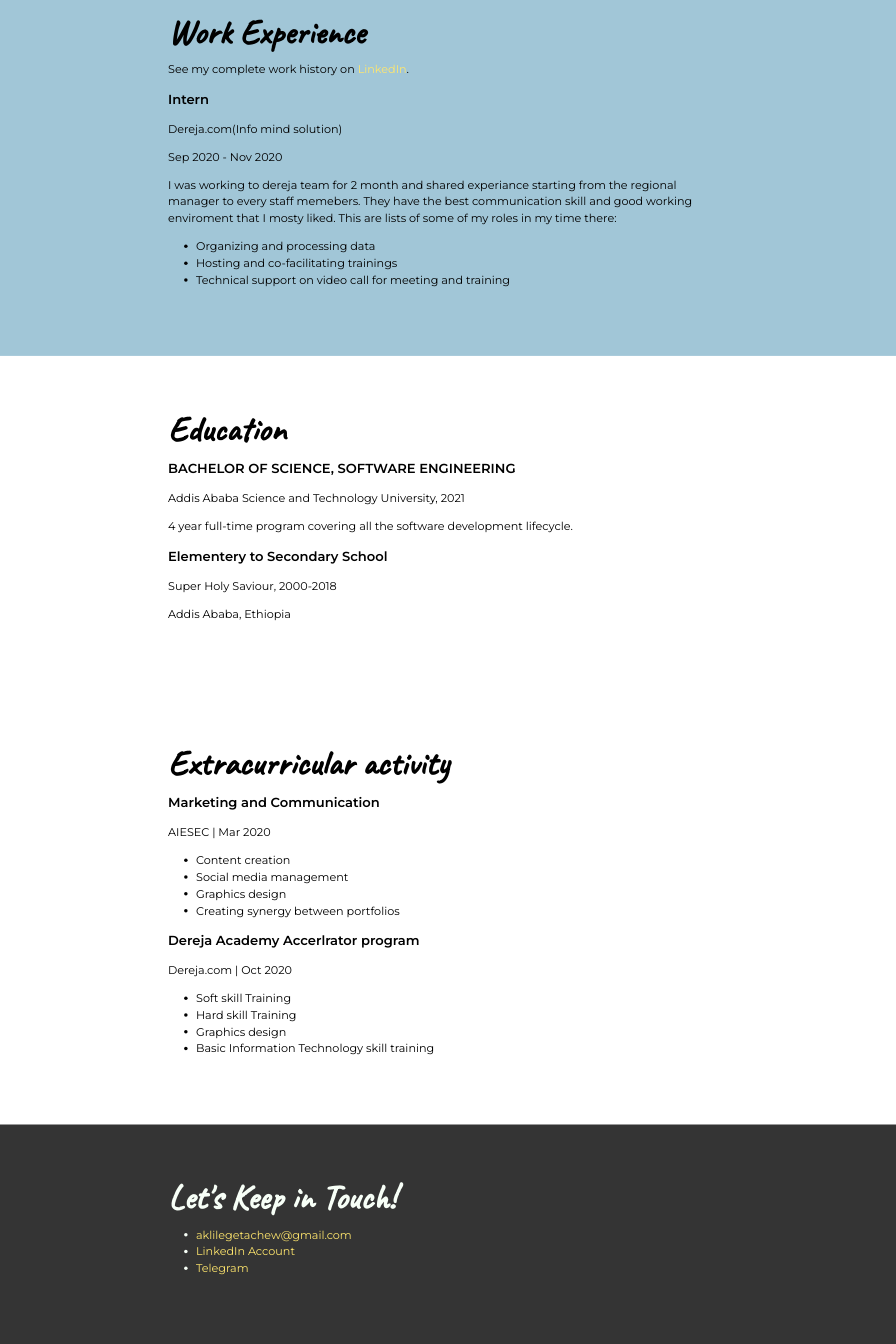
Repository: Aklilegetachew/my-Portfolio
Page: index.html
These files come from the project's save history. The page is drawn as it stood at one moment and after the next save; the edit follows.
The browser window is 1280 px wide. The pictures show the part of the page from y = 1469 to 3389 px (the page is 3389 px tall), at 70% of full size.

Above is the page before, as saved 2021-11-23 18:05:55.

After the next save:
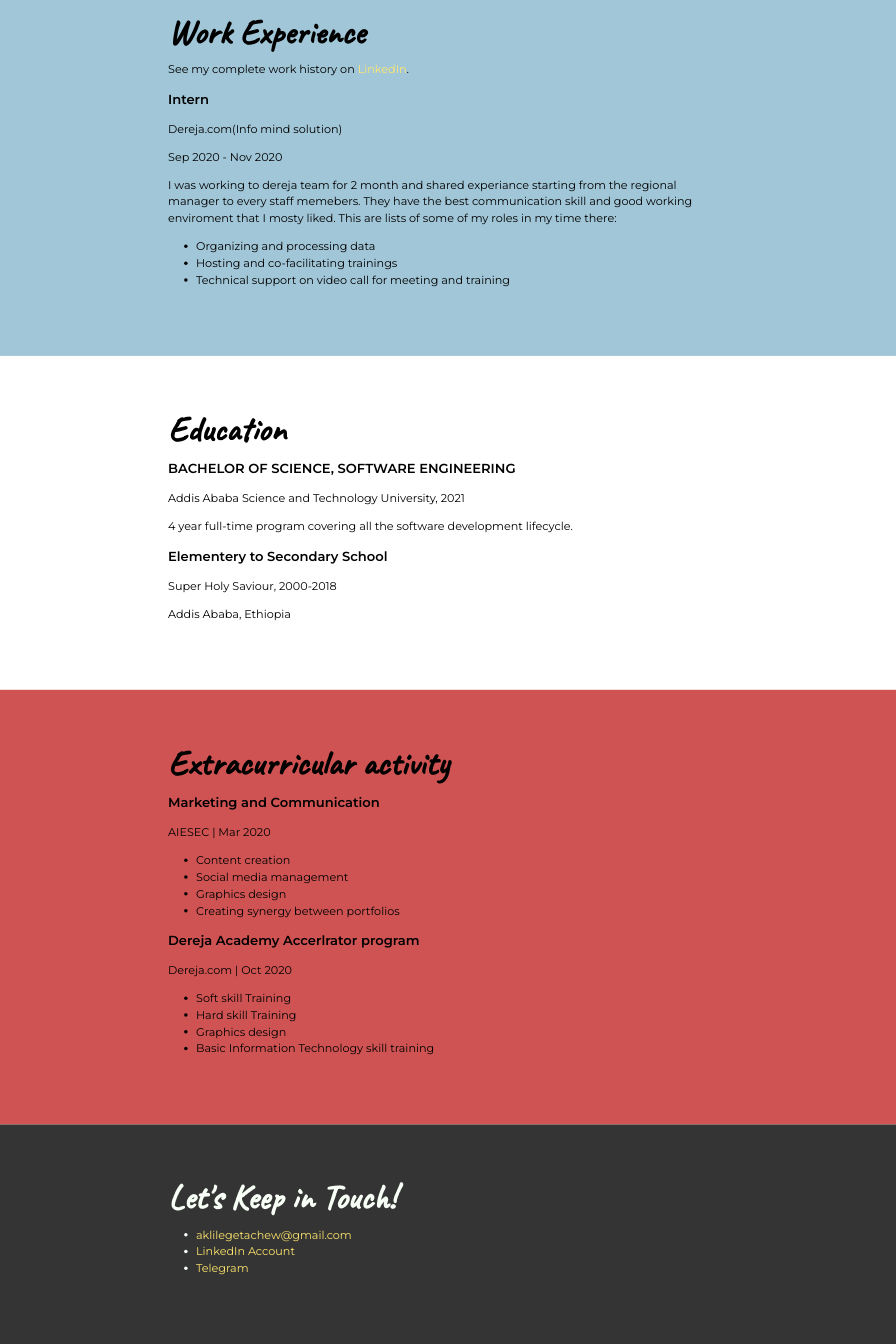
Saved 3 min 30 s later.
--- a/css/styles.css
+++ b/css/styles.css
@@ -6,6 +6,7 @@
 #2F3061 - blue dark
 #FFE66D - yellow
 #A1C6D7 - blue light
+#D05353 - indian red
 */
 
 /* global
@@ -96,6 +97,14 @@
 
 }
 
+
+/* extracurricular
+=======================================================*/
+.extracurricular{
+    background-color: #D05353;
+
+}
+
 /* footer
 =======================================================*/
 footer{
